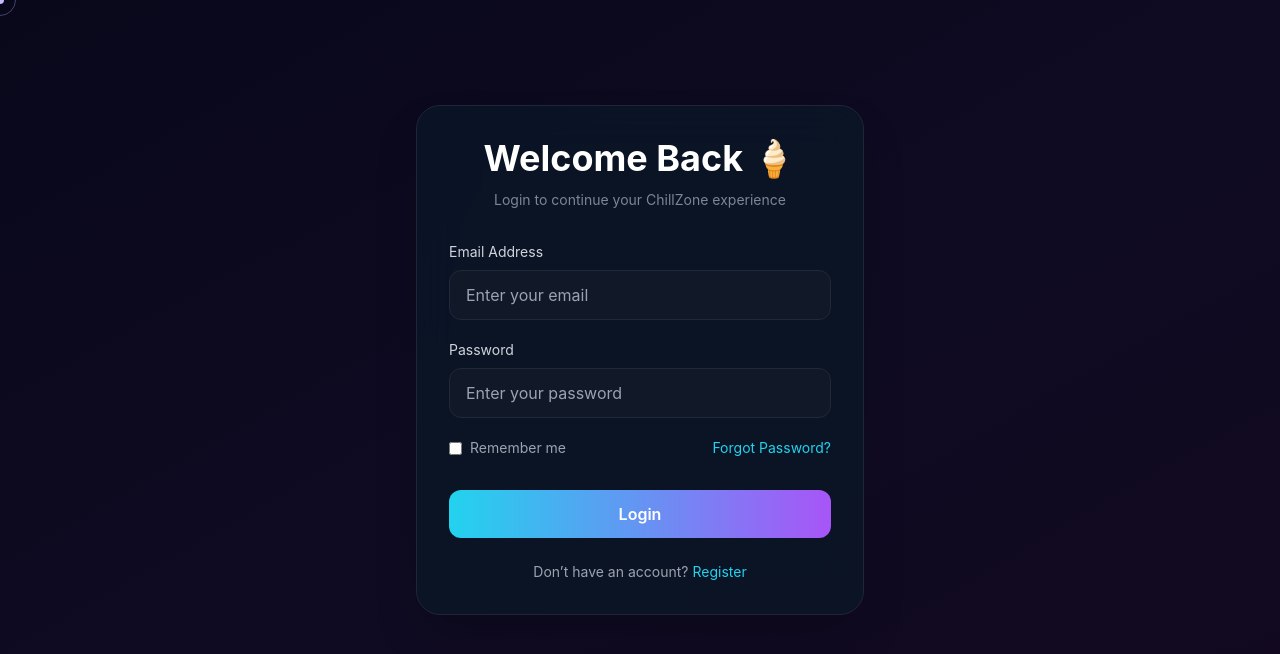
Repository: AMIREDDYRAKEY/chill-zone-
Page: /login
These files come from the project's save history. The page is drawn as it stood at one moment and after a run of saves; the edit follows.
The browser window is 1280 px wide. The pictures show the whole page.
The project was rebuilt for these pictures with package versions that can differ from the ones it lists, and the page was loaded fresh each time. Also part of the build but not shown: vite.config.js, src/components/Navbar.jsx, src/components/Hero.jsx, src/components/Marquee.jsx, src/components/TabsMenu.jsx, src/components/Ourspecialites.jsx, src/components/Aboutus.jsx, src/components/Gallery.jsx and 2 more.

Above is the page before, as saved 2026-05-07 14:10:13.

After the next 2 saves:
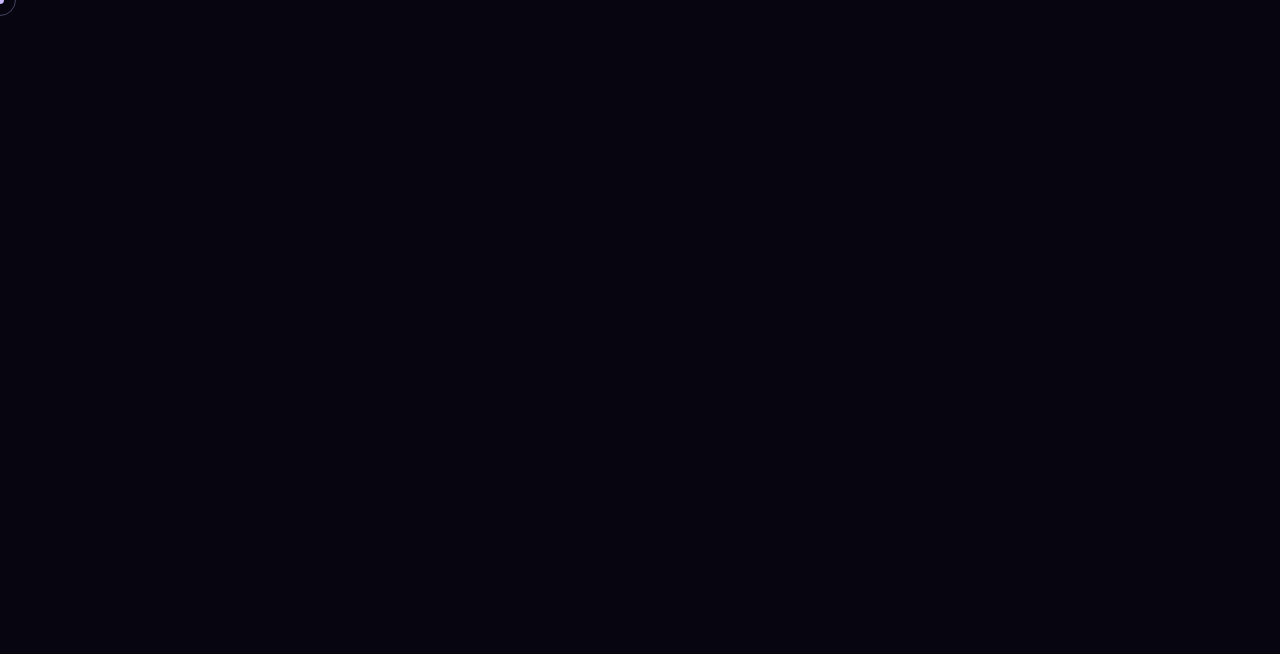
Console error: ReferenceError: use is not defined
The 2 saves are shown as one change because they came seconds apart.
The last was saved 28 s later.
--- a/src/components/Login.jsx
+++ b/src/components/Login.jsx
@@ -3,7 +3,7 @@
 import React from 'react'
 
 const Login = () => {
-
+  const navigate= use
   return (
     <div className="min-h-screen flex items-center justify-center px-4 bg-gradient-to-br from-[#09071a] via-[#0e0b22] to-[#120920]">
 
